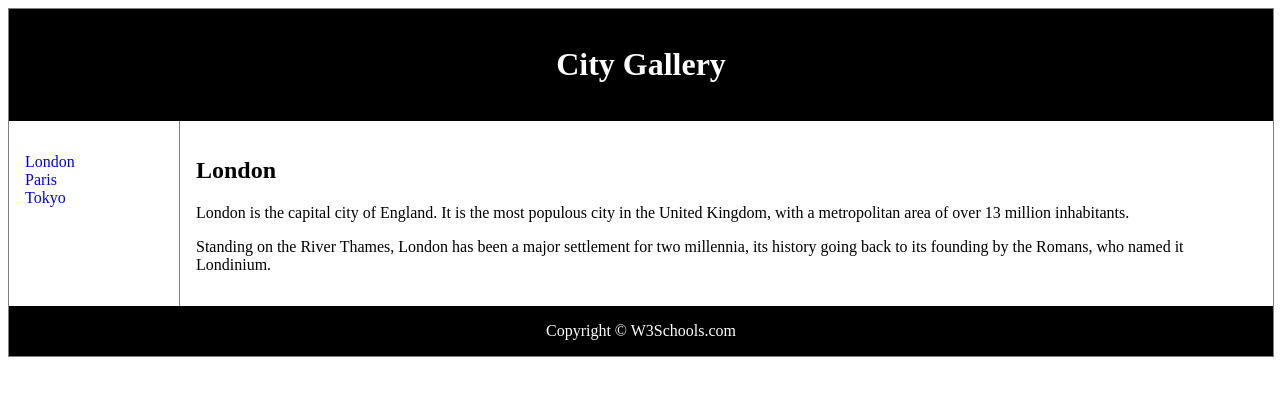
Repository: guribrar/enrolmentapp
Page: http://localhost/enrolmentapp/testlogin.jsp
The author's editor kept a copy of each file at every save. The page is drawn from the files as they stood at one save, then again after the next save.
The browser window is 1280 px wide. The pictures show the whole page.
The page is served by Tomcat 9. Other server files are loaded and not shown.

Above is the page before, as saved 2016-12-31 14:56:39.

### enrolmentapp/WebContent/testlogin.jsp
<%@ page language="java" contentType="text/html; charset=ISO-8859-1"
    pageEncoding="ISO-8859-1"%>

<%@ taglib uri="http://java.sun.com/jsp/jstl/sql" prefix="sql" %>
<%@ taglib uri="http://java.sun.com/jsp/jstl/core" prefix="c" %>

<!DOCTYPE html>
<html>
<head>
<style>
div.container {
    width: 100%;
    border: 1px solid gray;
}

header, footer {
    padding: 1em;
    color: white;
    background-color: black;
    clear: left;
    text-align: center;
}

nav {
    float: left;
    max-width: 160px;
    margin: 0;
    padding: 1em;
}

nav ul {
    list-style-type: none;
    padding: 0;
}

nav ul a {
    text-decoration: none;
}

article {
    margin-left: 170px;
    border-left: 1px solid gray;
    padding: 1em;
    overflow: hidden;
}
</style>
</head>
<body>

<div class="container">

<header>
   <h1>City Gallery</h1>
</header>

<nav>
  <ul>
    <li><a href="#">London</a></li>
    <li><a href="#">Paris</a></li>
    <li><a href="#">Tokyo</a></li>
  </ul>
</nav>

<article>
  <h1>London</h1>
  <p>London is the capital city of England. It is the most populous city in the  United Kingdom, with a metropolitan area of over 13 million inhabitants.</p>
  <p>Standing on the River Thames, London has been a major settlement for two millennia, its history going back to its founding by the Romans, who named it Londinium.</p>
</article>

<footer>Copyright &copy; W3Schools.com</footer>

</div>

</body>
</html>

After the next save:
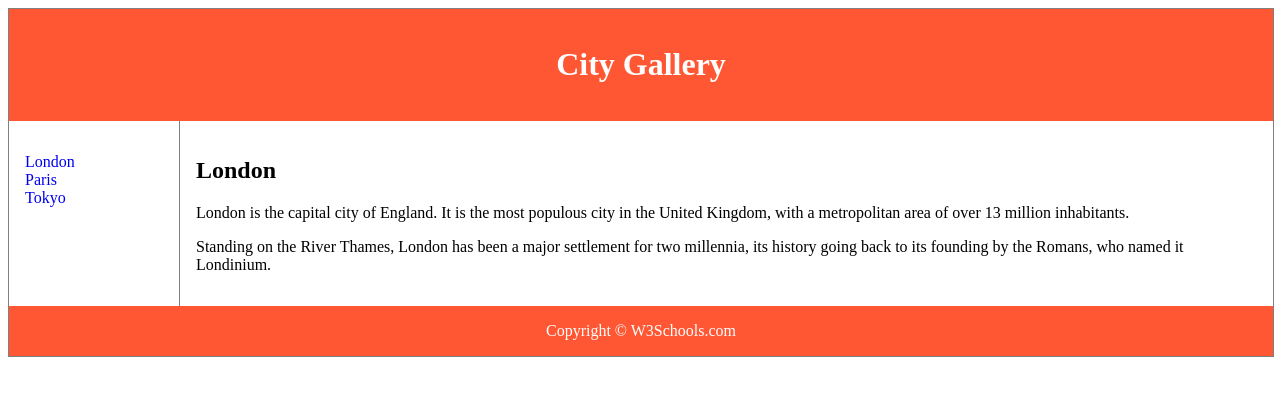
Saved 90 s later.
--- a/enrolmentapp/WebContent/testlogin.jsp
+++ b/enrolmentapp/WebContent/testlogin.jsp
@@ -16,7 +16,7 @@ div.container {
 header, footer {
     padding: 1em;
     color: white;
-    background-color: black;
+    background-color: #FF5733;
     clear: left;
     text-align: center;
 }
